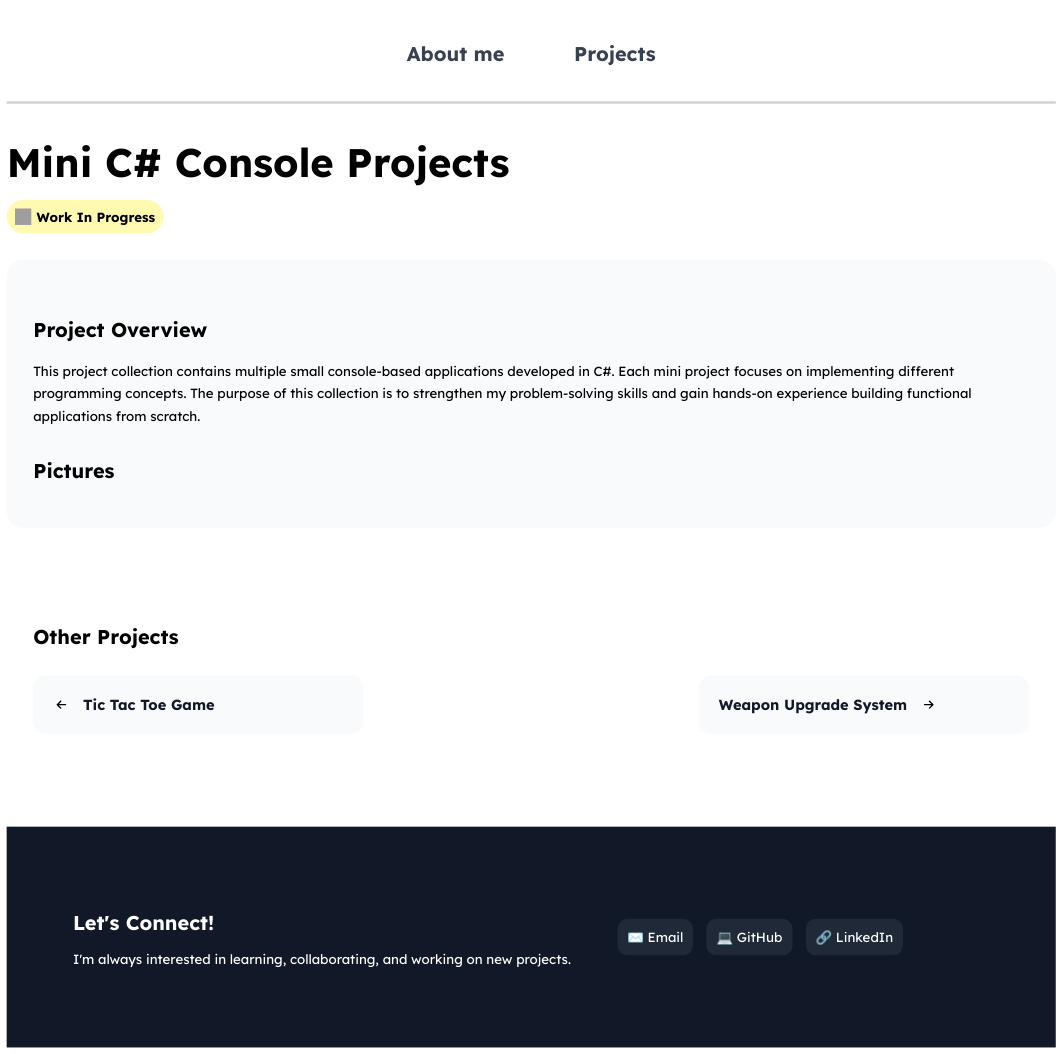
Repository: perrybalaba/perrybalaba
Page: pages/console-projects.html
An editor plug-in stored every save of this project. The page is shown before and after the next save, followed by the edit.
The browser window is 1280 px wide. The pictures show the whole page, at 83% of full size.
Pictures or frames that could not be fetched are drawn as grey boxes.

Above is the page before, as saved 2026-05-14 19:09:40.

### pages/console-projects.html
<!DOCTYPE html>
<html lang="en">
<head>
    <meta charset="UTF-8">
    <meta name="viewport" content="width=device-width, initial-scale=1.0">
    <title> Perry's Portfolio </title>
    <link rel="stylesheet" href="../styles/projects.css"/>
    <link rel="stylesheet" href="../styles/globals.css"/>
</head>
<body>
    <main>
        <!-- NAVIGATION BAR -->
        <nav class="Nav-Bar">
            <ul>
                <li><a href="../index.html"> About me </a></li>
                <li><a href="../pages/weapon-upgrade.html"> Projects </a></li>
            </ul>
        </nav>
        <!-- INFO -->
        <div class="Project-Info">
            <div class="Project-Info-Container">
                <h2> Mini C# Console Projects </h2>
                <div class="Project-Stats">
                    <span class="Work-In-Progress">
                        <img src="../assets/images/clock-svgrepo-com.svg" alt="in progress"/>
                        Work In Progress
                    </span>
                </div>
                <div class="Project-Info-Card">
                    <h3> Project Overview </h3>
                        <p>
                            This project collection contains multiple small console-based applications developed in C#. Each mini project
                            focuses on implementing different programming concepts. The purpose of this collection is to strengthen my problem-solving skills
                            and gain hands-on experience building functional applications from scratch.
                        </p>
                    <h3> Pictures </h3>
                </div>
            </div>

        </div>

        <!-- MORE PROJECTS -->
        <div class="Other-Projects">
            <h2> Other Projects </h2>
            <div class="Other-Projects-Container">
                <div class="Other-Projects-Card Left-Card">
                    <a href="./tic-tac-toe.html">
                    <img src="../assets/images/arrow-sm-left-svgrepo-com.svg">
                    Tic Tac Toe Game
                    </a>
                </div>

                <div class="Other-Projects-Card Right-Card">
                    <a href="./weapon-upgrade.html">
                        Weapon Upgrade System
                        <img src="../assets/images/arrow-sm-right-svgrepo-com.svg">
                    </a>
                </div>
            </div>
        </div>


        <!-- CONTACT -->
        <div class="Contact">
            <div class="Contact-Container">
                <div class="Contact-Text">
                    <h2> Let's Connect! </h2>
                    <p>
                        I'm always interested in learning, collaborating, and working on new projects.
                    </p>
                </div>

                <div class="Contact-Links">
                    <a href="mailto:balabaperry@gmail.com"> ✉️ Email</a>
                    <a href="https://github.com/perrybalaba"> 💻 GitHub </a>
                    <a href="https://www.linkedin.com/in/ann-karen-balaba-46b839387/"> 🔗 LinkedIn</a>
                </div>
            </div>
        </div>

    </main>
</body>
</html>

### styles/projects.css
/* NAVIGATION BAR */
.Nav-Bar {
    padding: 1rem;
    border-bottom: 3px solid lightgray;
}

nav ul {
    list-style: none;
    display: flex;
    justify-content: center;
    flex-wrap: wrap;
    gap: 2rem;
    padding: 0;
}

nav ul li a {
    display: block;
    text-align: center;
    padding: .75rem 1rem;
    text-decoration: none;
    color: #374151;
    font-weight: bold;
    padding: 10px;
    border-radius: 10px;
    font-size: 1rem;
    transition: 0.2s;
}

nav ul li a:hover {
    transform: scale(1.08);
    background-color: #f3f4f6;
    color: black;
}

/* PROJECT */
.Other-Projects {
    max-width: 1100px;
    margin: 0;
    padding: 2rem;
}

.Project-Info-Container h2 {
    font-size: 3rem;
    margin-bottom: 1rem;
}

.Project-Stats {
    display: flex;
    gap: 1rem;
    flex-wrap: wrap;
    margin-bottom: 2rem;
}

.Work-In-Progress {
    display: flex;
    align-items: center;
    gap: 6px;
    background-color: #fffaaf;
    padding: 10px;
    border-radius: 1000px;
    font-weight: bold;
}

.Work-In-Progress img {
    width: 20px;
    height: 20px;
}

.Project-Info-Card {
    background-color: #f9fafb;
    padding: 2rem;
    border-radius: 20px;
    line-height: 1.7;
}

.Project-Info-Card h3 {
    font-size: 1.5rem;
    margin-bottom: 1rem;
    margin-top: 2rem;
}

.GitHub-Repo a {
    text-decoration: none;
    color: #111827;
    display: flex;
    align-items: center;
    gap: 1rem;
    transition: 0.2s ease;
}

.GitHub-Repo a:hover {
    transform: scale(1.01);
}

.GitHub-Repo img {
    width: 22px;
    height: 22px;
}

/* OTHER PROJECTS */
.Other-Projects {
    margin-top: 4rem;
    max-width: 1200px;
    padding: 2rem;
}

.Other-Projects-Container {
    display: flex;
    flex-direction: column;
    gap: 1rem;
    margin-top: 2rem;
}

.Other-Projects h2 {
    margin-bottom: 2rem;
}

.Other-Projects-Card {
    background-color: #f9fafb;
    padding: 1.5rem;
    border-radius: 15px;
    width: 100%;
    transition: 0.2s ease;
}

.Other-Projects-Card:hover {
    transform: translateY(-5px);
    background-color: #f3f4f6;
}

.Other-Projects-Card a {
    text-decoration: none;
    color: #111827;
    font-weight: bold;
    font-size: 1.1rem;
    display:flex;
    align-items: center;
    gap: 1rem;
}

.Other-Projects-Card img {
    width: 20px;
    height: 20px;
    transition: transform 0.2s ease;
}

.Left-Card:hover img {
    transform: translateX(-5px);
}

.Right-Card:hover img {
    transform: translateX(5px);
}

/* CONTACT */
.Contact {
    background-color: #111827;
    color: white;
    padding: 5rem;
    margin-top: 5rem;
}

.Contact-Container {
    display: flex;
    justify-content: space-between;
    align-items: center;
    max-width: 1000px;
    margin: 0;
    flex-wrap: wrap;
    gap: 2rem;
}

.Contact-Links {
    display: flex;
    gap: 1rem;
    flex-wrap: wrap;
}

.Contact-Links a {
    text-decoration: none;
    background-color: #1F2937;
    color: white;
    padding: 12px;
    border-radius: 12px;
    transition: 0.2s ease;
}

.Contact-Links a:hover {
    background-color: #374151;
    transform: scale(1.03);
}

### styles/globals.css
/* FONTS */
@font-face {
    font-family: "NotoSans";
    src: url(../assets/fonts/Noto_Sans/NotoSans-VariableFont_wdth\,wght.ttf);
}

@font-face {
    font-family: "Lexend";
    src: url(../assets/fonts/Lexend_Deca\,Noto_Sans/Lexend_Deca/LexendDeca-VariableFont_wght.ttf);
}

.Home-Header {
    font-family: "NotoSans";
}

.Nav-Bar {
    font-family: "Lexend";
}

main {
    font-family: "Lexend";
}

/* TABLET DESIGN */
@media (min-width: 768px) {
    /* NAVIGATION BAR */
    nav ul li a {
        font-size: 1.3rem;
    }

    /* HEADER */
    .Home-Header {
        font-size: 2.2rem;
    }

    /* ABOUT ME */
    .Info {
        flex-direction: row;
        justify-content: center;
        align-items: center;
        gap: 2rem;
        padding: 2rem;
    }

    .Description {
        width: 60%;
        max-width: 600px;
    }

    .Info img {
        max-width: 300px;
        width: 40%;
    }

    /* SKILLS */
    .Skill-Card {
        width: 260px;
    }

    .Skill-Icons img {
        width: 50px;
        height: 50px;
    }

    /* OTHER PROJECTS */
    .Other-Projects-Container {
        flex-direction: row;
        justify-content: space-between;
        align-items: center;
    }

    .Other-Projects-Card {
        width: 300px;
    }
}

/* DESKTOP */
@media (min-width: 1024px) {

    /* NAVIGATION */
    nav ul {
        gap: 4rem;
    }

    nav ul li a {
        font-size: 1.5rem;
    }

    /* ABOUT ME */
    .Info {
        gap: 5rem;
        padding: 4rem;
        justify-content: center;
        flex-direction: row;
        align-items: center;
    }

    .Description {
        max-width: 650px;
        font-size: 1.2rem;
        display: flex;
        flex-direction: column;
        align-items: center;
        justify-content: center;
        gap: 1rem;
    }

    .Info img {
        max-width: 500px;
    }

    .Home-Header {
        font-size: 4rem;
    }

    /* SKILLS */
    .Skill-Container {
        gap: 3rem;
    }

    .Skill-Card {
        width: 280px;
    }

    .Skill-Icons img {
        width: 80px;
        height: 80px;
    }

    /* SKILLS */
    .Projects-Container {
        display: flex;
        flex-direction: column;
        align-items: center;
    }

    .Project-Card {
        width: 100%;
        max-width: 850px;
        margin: 0 auto;
    }

    /* OTHER PROJECTS */
    .Other-Projects-Container {
        justify-content: space-between;
        align-items: center;
    }

    .Other-Projects-Card {
        width: 350px;
        padding: 1.5rem;
    }

    .Other-Projects-Card a {
        font-size: 1.1rem;
    }
}

After the next save:
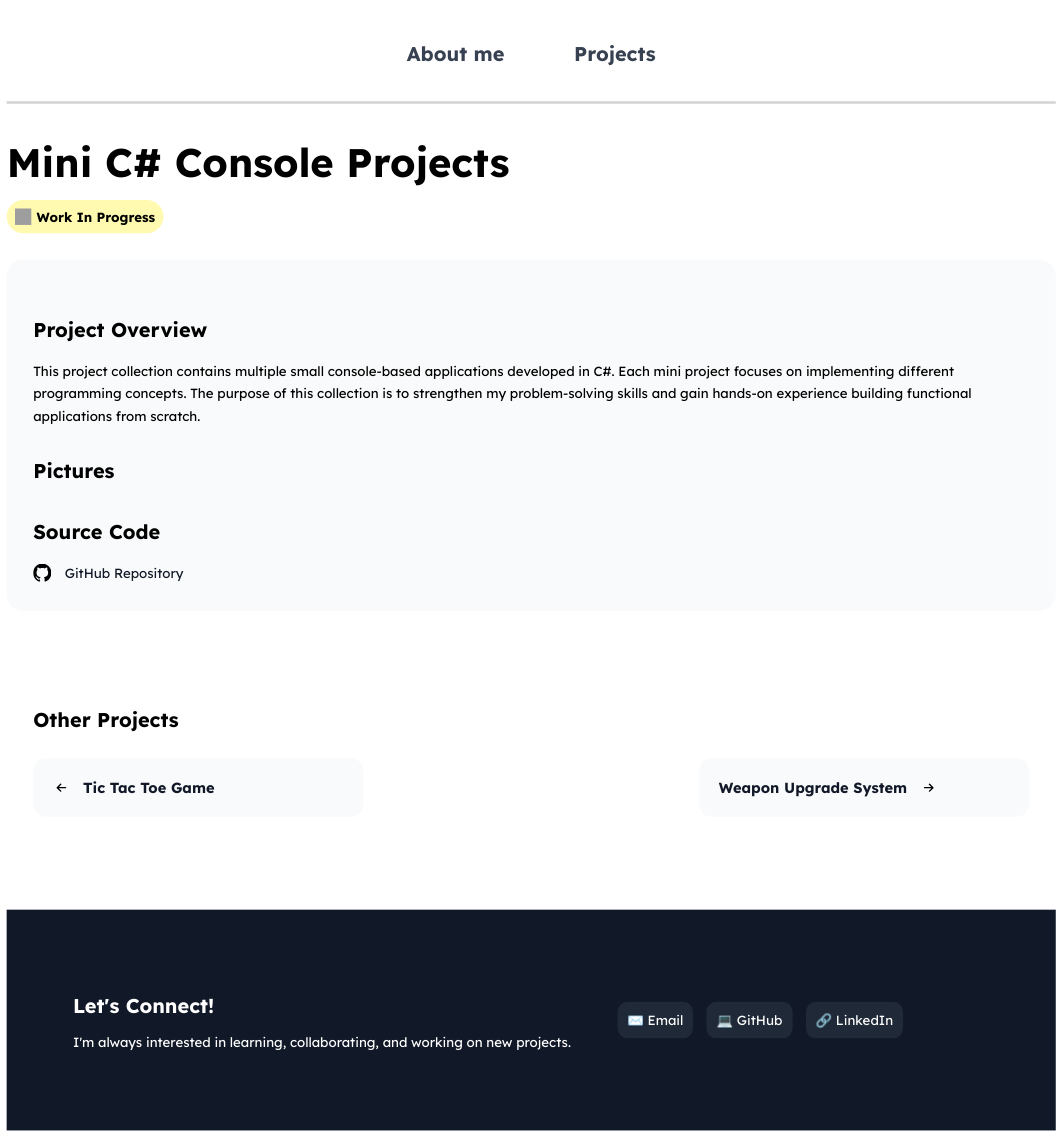
Saved 106 s later.
--- a/pages/console-projects.html
+++ b/pages/console-projects.html
@@ -34,9 +34,15 @@
                             and gain hands-on experience building functional applications from scratch.
                         </p>
                     <h3> Pictures </h3>
+                    <h3> Source Code </h3>
+                        <div class="GitHub-Repo">
+                            <a href="">
+                                <img src="../assets/images/github-142-svgrepo-com.svg" alt="github logo">
+                                GitHub Repository
+                            </a>
+                        </div>
                 </div>
             </div>
-
         </div>
 
         <!-- MORE PROJECTS -->
